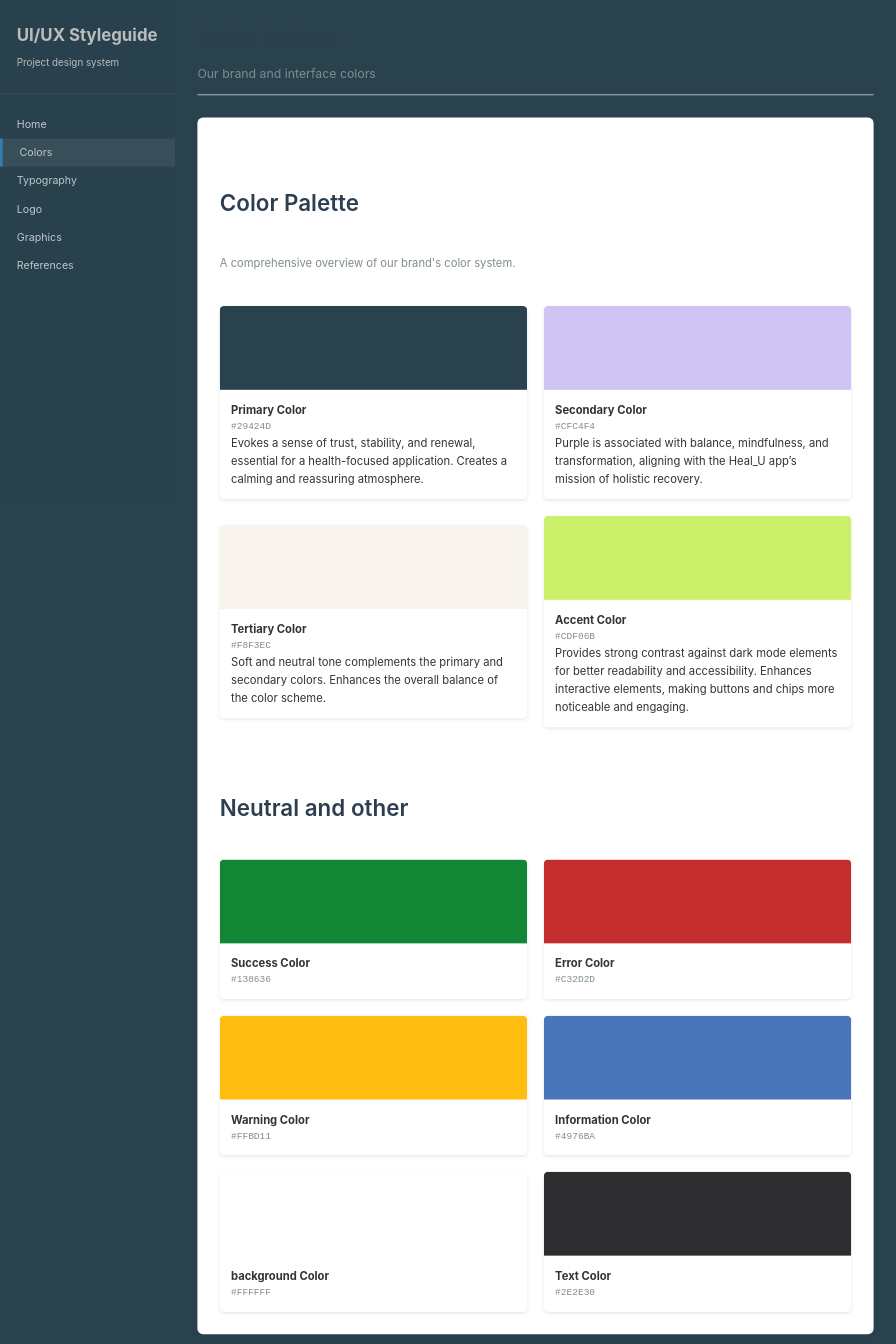
Repository: rosielee09/Heal_U
Page: colors.html
An editor plug-in stored every save of this project. The page is shown before and after the next save, followed by the edit.
The browser window is 1280 px wide. The pictures show the part of the page from y = 0 to 1920 px (the page is 4806 px tall before and 4565 px after), at 70% of full size.

Above is the page before, as saved 2025-04-06 09:59:26.

After the next save:
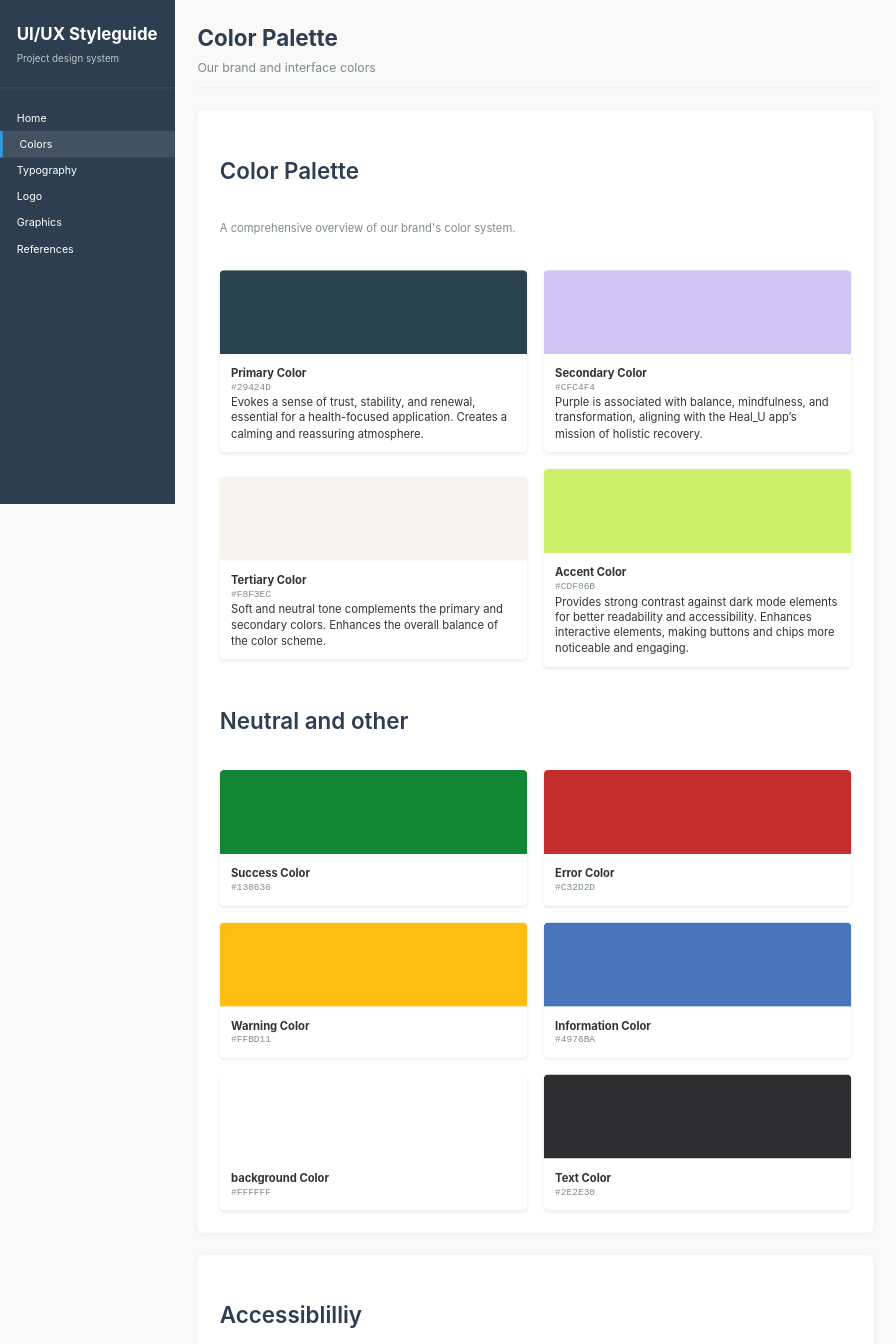
Saved 39 s later.
--- a/styles.css
+++ b/styles.css
@@ -6,16 +6,9 @@
 
 body {
     font-family: 'Inter', -apple-system, BlinkMacSystemFont, 'Segoe UI', Roboto, Oxygen, Ubuntu, Cantarell, sans-serif;
-    line-height: 1.6;
+    line-height: 1.4;
     color: #333;
-    background: #29424D;
-
-    margin: 0;
-    padding: 0;
-    width: 100vw;
-    height: 100vh;
-
-
+    background-color: #f9f9f9;
 }
 
 /* Layout */
@@ -27,15 +20,13 @@
 /* Sidebar Navigation */
 .sidebar {
     width: 250px;
-    background-color: #29424D;
-    color: #F8F3EC;
+    background-color: #2c3e50;
+    color: #fff;
     padding: 2rem 0;
     position: fixed;
     height: 100vh;
-    overflow-y: hidden;
-    opacity: 0.7;
-}
-
+    overflow-y: auto;
+}
 
 .sidebar-header {
     padding: 0 1.5rem 2rem;
@@ -50,7 +41,7 @@
 
 .sidebar-header p {
     font-size: 0.875rem;
-    opacity: 1;
+    opacity: 0.7;
 }
 
 .nav {
@@ -76,80 +67,8 @@
 }
 
 .nav a:hover {
-    opacity: 1;
-}
-
-
-/* Home page animation */
-.body-homepage{
-    overflow: hidden;
-    position: relative;
-
-
-        display: flex;
-        align-items: center;
-}
-
-  .animation--title-head {
-
-    color: #F8F3EC;
-    font-size: 8rem;
-    line-height: 1.2;
-    font-weight: bold;
-    letter-spacing: 2px;
-    font-family: 'Roboto', sans-serif;
-    text-transform: uppercase;
-
-  }
-
-  .animation--title-subhead {
-    color: #F8F3EC;
-    font-size: 2rem;
-    line-height: 2;
-    font-family: 'Roboto', sans-serif;
-    font-style: italic;
-  }
-
-  .animation--title-member {
-    color: #F8F3EC;
-    font-size: 1.4rem;
-    line-height: 1.4;
-    font-family: 'Roboto', sans-serif;
-
-  }
-
-  .animation--title {
-    text-align: right;
-    display: flex;
-    flex-direction: column;
-    justify-content: flex-end;
-    padding-left: 55rem;
-
-
-  }
-
-  .blob {
-    position: absolute;
-    top: 0;
-    left: 0;
-    fill: #CFC4F4;
-    width: 50vmax;
-    z-index: -1;
-    animation: move 10s ease-in-out infinite;
-    transform-origin: 50% 50%;
-  }
-
-  @keyframes move {
-    0%   { transform: scale(1)   translate(10px, -30px); }
-    38%  { transform: scale(0.8, 1) translate(80vw, 30vh) rotate(160deg); }
-    40%  { transform: scale(0.8, 1) translate(80vw, 30vh) rotate(160deg); }
-    78%  { transform: scale(1.3) translate(0vw, 50vh) rotate(-20deg); }
-    80%  { transform: scale(1.3) translate(0vw, 50vh) rotate(-20deg); }
-    100% { transform: scale(1)   translate(10px, -30px); }
-  }
-
-
-
+    opacity: 0.8;
+}
 
 /* Main Content */
 .content {
@@ -198,7 +117,7 @@
 .component-title {
     font-size: 2rem;
     font-weight: 600;
-    margin-top: 4rem;
+    margin-top: 2rem;
     margin-bottom: 3rem;
     color: #2c3e50;
 }

After the save that followed:
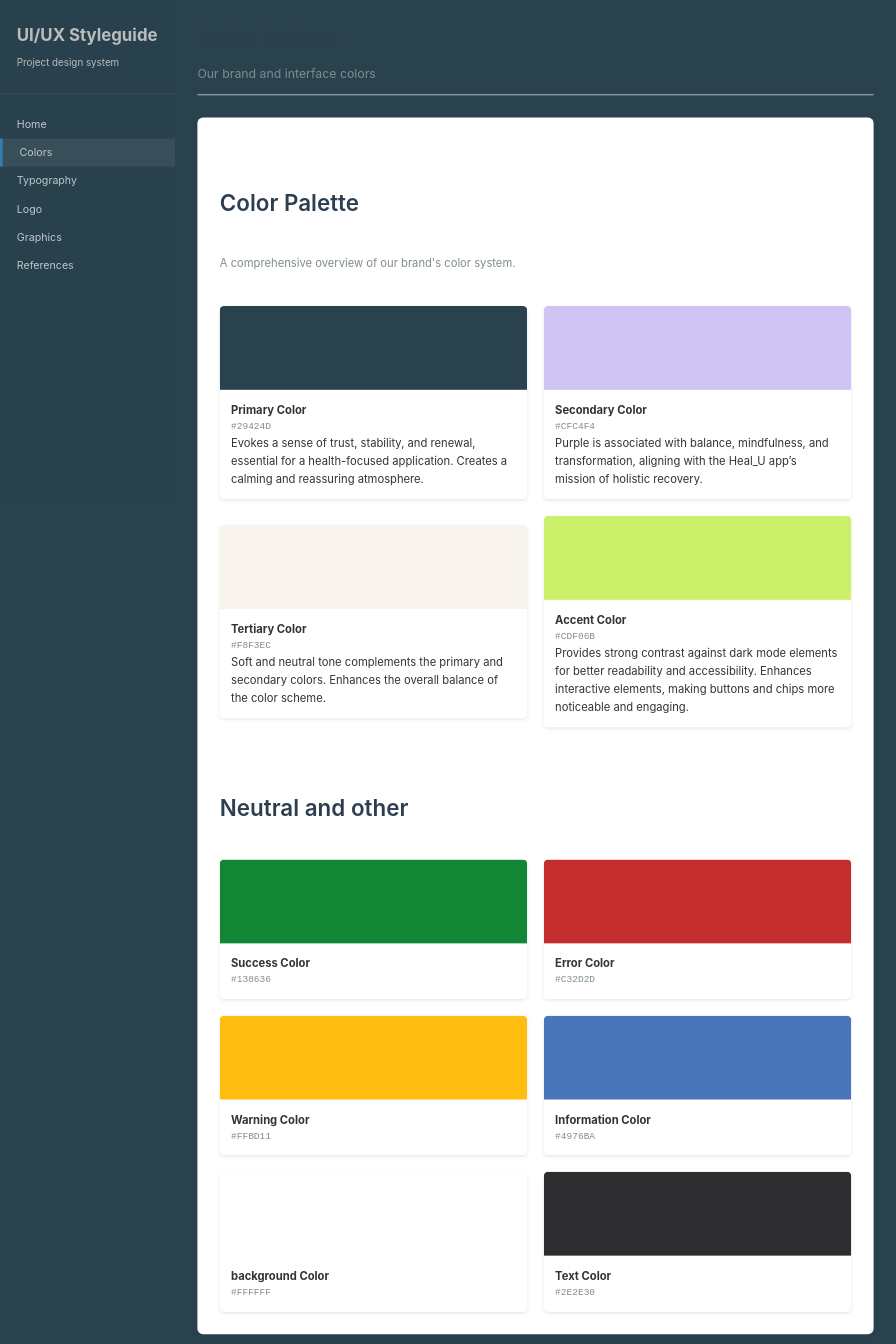
Saved 16 s later.
--- a/styles.css
+++ b/styles.css
@@ -6,9 +6,16 @@
 
 body {
     font-family: 'Inter', -apple-system, BlinkMacSystemFont, 'Segoe UI', Roboto, Oxygen, Ubuntu, Cantarell, sans-serif;
-    line-height: 1.4;
+    line-height: 1.6;
     color: #333;
-    background-color: #f9f9f9;
+    background: #29424D;
+
+    margin: 0;
+    padding: 0;
+    width: 100vw;
+    height: 100vh;
+
+
 }
 
 /* Layout */
@@ -20,13 +27,15 @@
 /* Sidebar Navigation */
 .sidebar {
     width: 250px;
-    background-color: #2c3e50;
-    color: #fff;
+    background-color: #29424D;
+    color: #F8F3EC;
     padding: 2rem 0;
     position: fixed;
     height: 100vh;
-    overflow-y: auto;
-}
+    /* overflow-y: hidden; */
+    opacity: 0.7;
+}
+
 
 .sidebar-header {
     padding: 0 1.5rem 2rem;
@@ -41,7 +50,7 @@
 
 .sidebar-header p {
     font-size: 0.875rem;
-    opacity: 0.7;
+    opacity: 1;
 }
 
 .nav {
@@ -67,8 +76,78 @@
 }
 
 .nav a:hover {
-    opacity: 0.8;
-}
+    opacity: 1;
+}
+
+
+/* Home page animation */
+.body-homepage{
+    overflow: hidden;
+    position: relative;
+    display: flex;
+    align-items: center;
+}
+
+  .animation--title-head {
+
+    color: #F8F3EC;
+    font-size: 8rem;
+    line-height: 1.2;
+    font-weight: bold;
+    letter-spacing: 2px;
+    font-family: 'Roboto', sans-serif;
+    text-transform: uppercase;
+
+  }
+
+  .animation--title-subhead {
+    color: #F8F3EC;
+    font-size: 2rem;
+    line-height: 2;
+    font-family: 'Roboto', sans-serif;
+    font-style: italic;
+  }
+
+  .animation--title-member {
+    color: #F8F3EC;
+    font-size: 1.4rem;
+    line-height: 1.4;
+    font-family: 'Roboto', sans-serif;
+
+  }
+
+  .animation--title {
+    text-align: right;
+    display: flex;
+    flex-direction: column;
+    justify-content: flex-end;
+    padding-left: 55rem;
+
+
+  }
+
+  .blob {
+    position: absolute;
+    top: 0;
+    left: 0;
+    fill: #CFC4F4;
+    width: 50vmax;
+    z-index: -1;
+    animation: move 10s ease-in-out infinite;
+    transform-origin: 50% 50%;
+  }
+
+  @keyframes move {
+    0%   { transform: scale(1)   translate(10px, -30px); }
+    38%  { transform: scale(0.8, 1) translate(80vw, 30vh) rotate(160deg); }
+    40%  { transform: scale(0.8, 1) translate(80vw, 30vh) rotate(160deg); }
+    78%  { transform: scale(1.3) translate(0vw, 50vh) rotate(-20deg); }
+    80%  { transform: scale(1.3) translate(0vw, 50vh) rotate(-20deg); }
+    100% { transform: scale(1)   translate(10px, -30px); }
+  }
+
+
+
 
 /* Main Content */
 .content {
@@ -117,7 +196,7 @@
 .component-title {
     font-size: 2rem;
     font-weight: 600;
-    margin-top: 2rem;
+    margin-top: 4rem;
     margin-bottom: 3rem;
     color: #2c3e50;
 }
